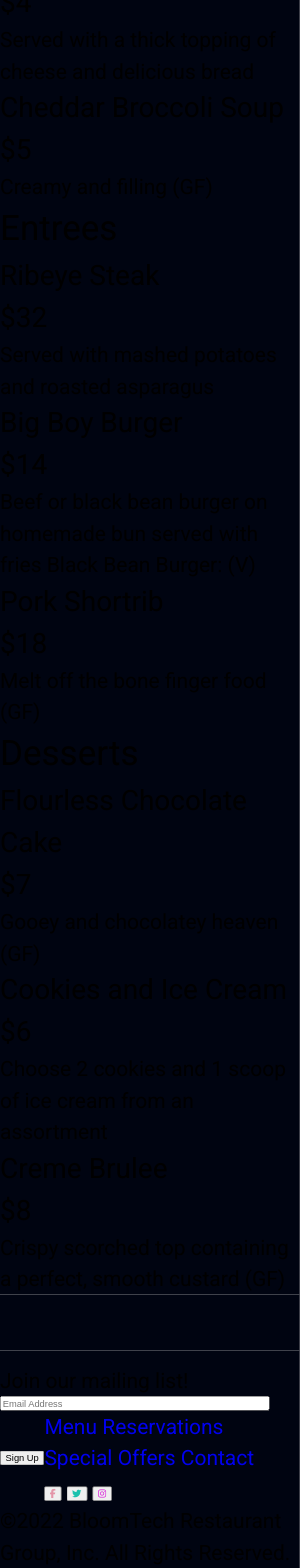
Repository: yoshimario/web-sprint-challenge-user-interface-responsive-design
Page: menu.html
These files come from the project's save history. The page is drawn as it stood at one moment and after a run of saves; the edit follows.
The browser window is 375 px wide. The page is 428 px wide, so the pictures cover 428 px, including what lies to the right of the window. The pictures show the part of the page from y = 3176 to 5416 px (the page is 5416 px tall), at 70% of full size.
Some web libraries are served in a nearby version.

Above is the page before, as saved 2023-06-15 16:05:56.

After the next 3 saves:
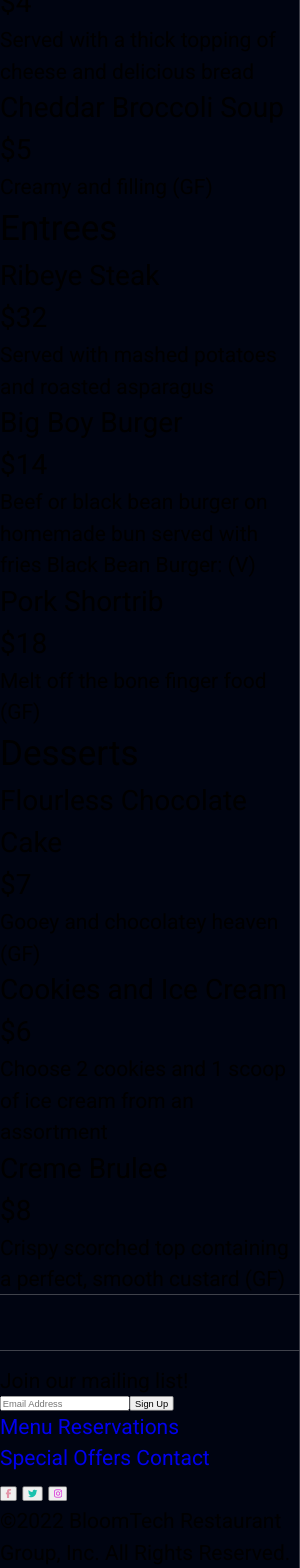
The 3 saves are shown as one change because they came seconds apart.
The last was saved 48 s later.
--- a/css/menu.css
+++ b/css/menu.css
@@ -274,8 +274,6 @@ footer {
             flex-wrap: wrap;
             background-color: rgb(0, 4, 17);
             align-items: center;
-            height: auto;
-
         }
 
         #email {
@@ -303,46 +301,11 @@ footer {
         }
 
         #email button {
-            width: 100%;
-            padding: 1% 0%;
-            margin: 0;
+            width: 35%;
         }
 
         footer nav {
             width: 75%;
-        }
-
-        .footerStyle {
-            flex-direction: column;
-            align-items: center;
-        }
-
-        .footerStyle div {
-            width: 100%;
-            max-width: 100%;
-            flex-direction: column;
-            align-items: center;
-        }
-
-        .footerStyle div h3 {
-            margin: 2% 0;
-        }
-
-        .footerStyle nav button {
-            width: 100%;
-            margin: 1% 0;
-        }
-
-
-        footer input {
-            width: 90%;
-            margin: 0;
-        }
-
-        footer p {
-            font-size: 1.6rem;
-            text-align: center;
-            padding: 3px;
         }
 
         #copyright {
